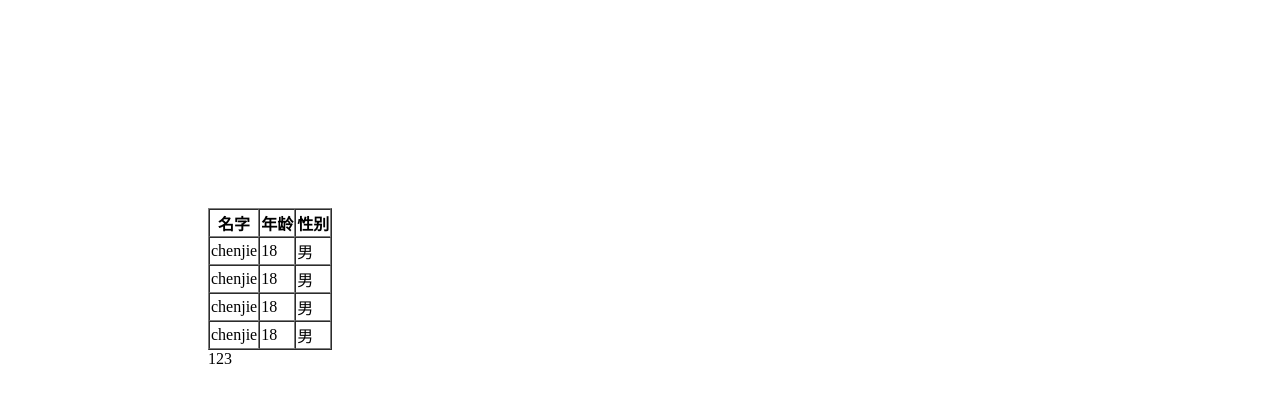
Repository: chenjieya/java
Page: index.html
The author's editor kept a copy of each file at every save. The page is drawn from the files as they stood at one save, then again after the next save.
The browser window is 1280 px wide. The pictures show the whole page.

Above is the page before, as saved 2023-05-17 08:47:12.

After the next save:
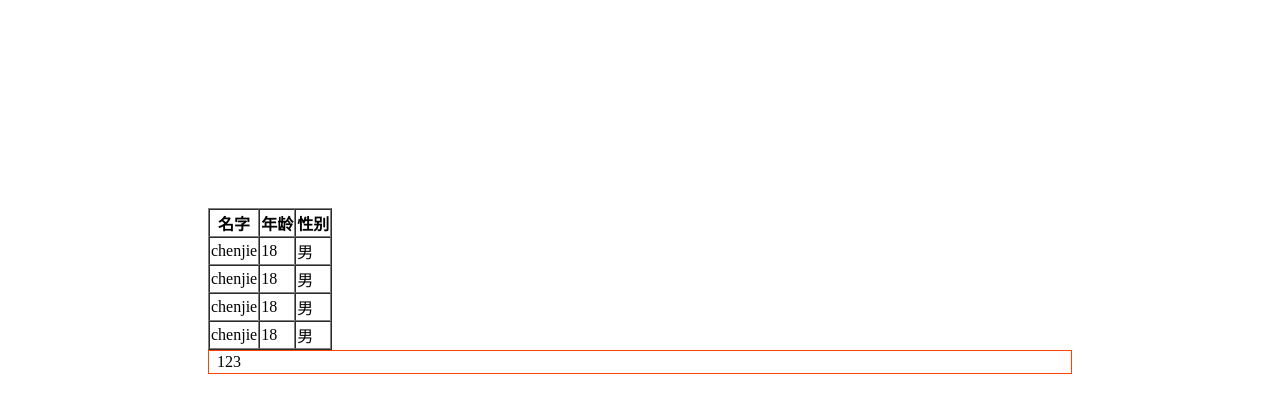
Saved 29 s later.
--- a/index.html
+++ b/index.html
@@ -6,7 +6,10 @@
   <meta name="viewport" content="width=device-width, initial-scale=1.0">
   <title>Document</title>
   <style>
-
+    .tooltip {
+      padding: 2px 8px;
+      border: 1px solid #f40;
+    }
   </style>
 </head>
 <body style="padding: 200px;">
